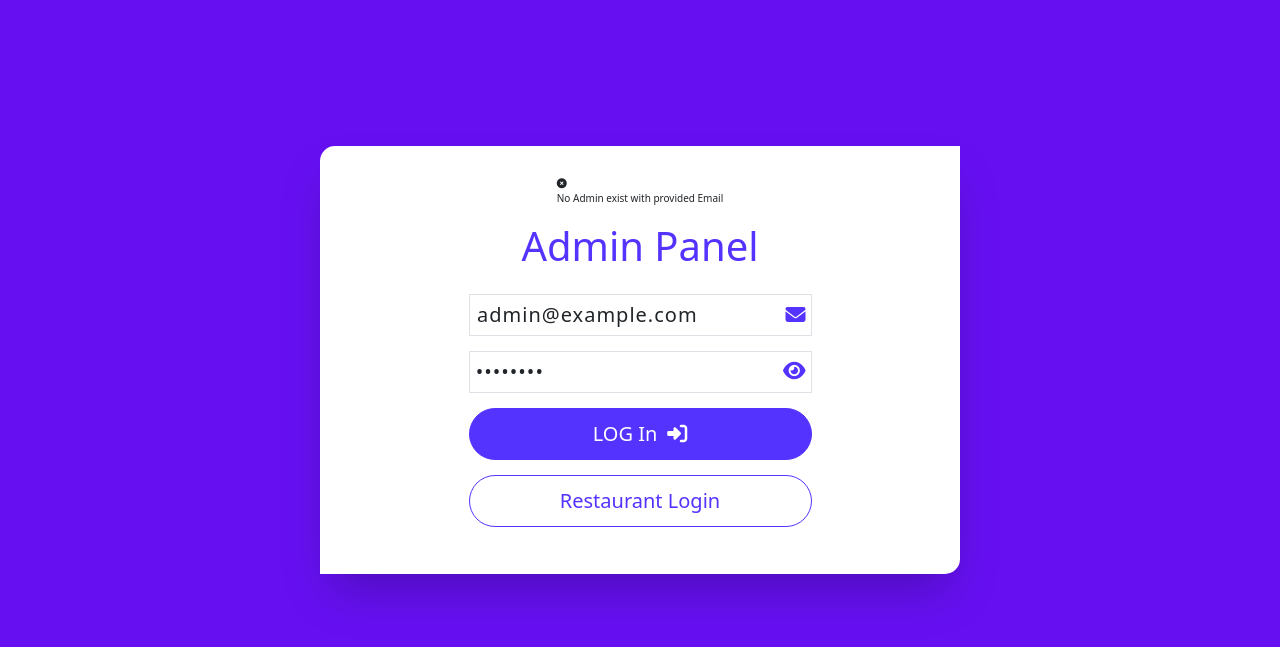
Repository: FlyweisReact/GopalAdminPanel
Page: /
An editor plug-in stored every save of this project. The page is shown before and after a run of saves, followed by the edit.
The browser window is 1280 px wide. The pictures show the whole page.
Some web libraries are served in a nearby version. The project was rebuilt for these pictures with package versions that can differ from the ones it lists, and the page was loaded fresh each time. Also part of the build but not shown: src/components/pages/Dashboard.jsx, src/vendorPanel/components/Auth.jsx, src/components/BaseUrl.jsx, src/components/pages/products/Products.jsx, src/components/pages/categories/Categories.jsx, src/components/pages/banner/Banner.jsx, src/components/pages/orders/Orders.jsx, src/components/pages/terms/Terms.jsx and 50 more. Imported but missing from the stored project, and not drawn on this page: src/components/layout/HOC.

Above is the page before, as saved 2023-04-03 13:08:01.

After the next 3 saves:
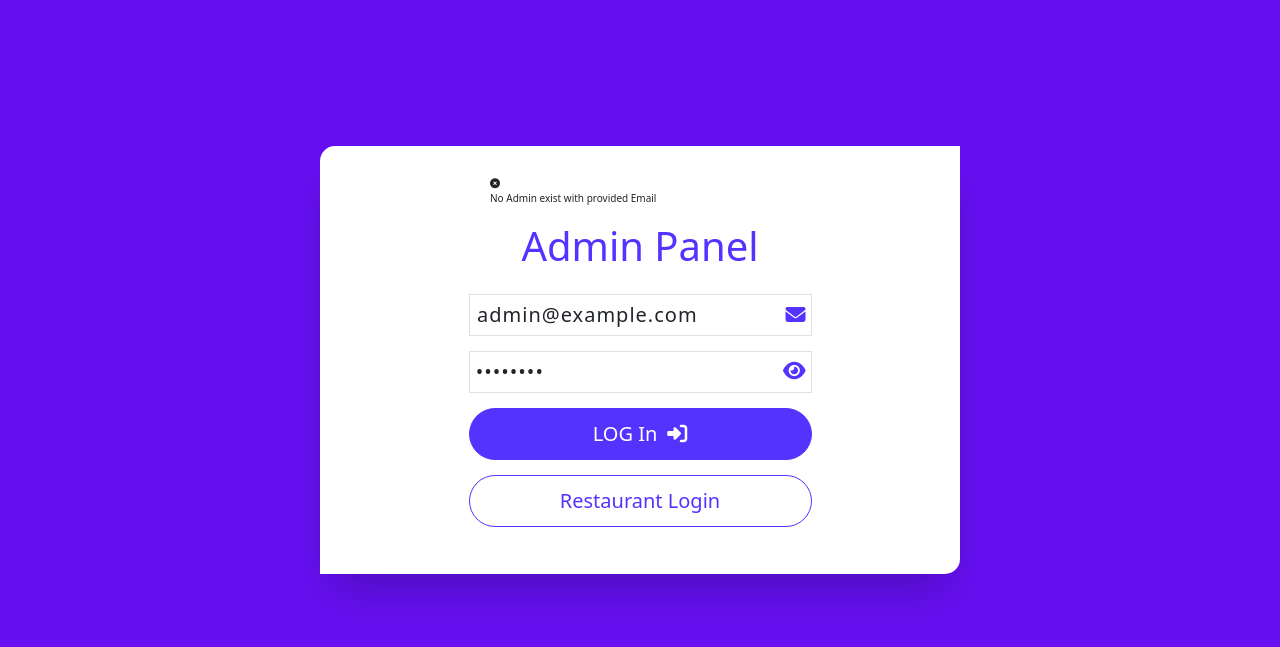
The 3 saves are shown as one change because 1 did not build or start and some came seconds apart.
The last was saved 19 s later.
--- a/src/index.css
+++ b/src/index.css
@@ -136,3 +136,8 @@ code {
   font-size: 16px;
   margin-top: 20px;
 }
+
+.alertDiv{
+  width: 300px;
+
+}
